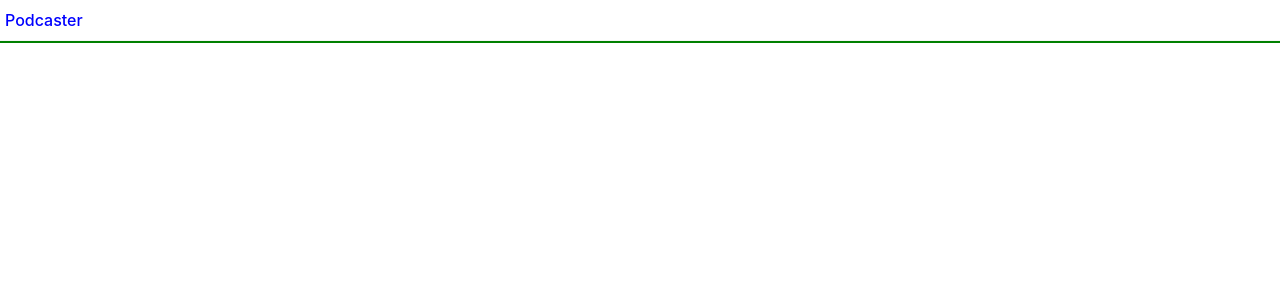
Repository: banchiec/atZara
Page: /
These files come from the project's save history. The page is drawn as it stood at one moment and after a run of saves; the edit follows.
The browser window is 1280 px wide. The pictures show the whole page.
The project was rebuilt for these pictures with package versions that can differ from the ones it lists, and the page was loaded fresh each time. Also part of the build but not shown: src/App.css.

Above is the page before, as saved 2022-10-09 23:27:03.

### src/index.js
import React from 'react'
import ReactDOM from 'react-dom/client'
import App from './App'
import { Provider } from 'react-redux'
import { store } from './App/store'
import './index.css'

const root = ReactDOM.createRoot(document.getElementById('root'))
root.render(
	<Provider store={store}>
		<App />
	</Provider>
)

### src/App.js
import { BrowserRouter as Router, Routes, Route } from 'react-router-dom'
import './App.css'
import Header from './components/Header/Header'
import routes from './config/routes'

function App() {
	return (
		<Router>
			<Header />
			<Routes>
				{routes().map((route) => (
					<Route key={route.path} path={route.path} element={route.element} />
				))}
			</Routes>
		</Router>
	)
}

export default App

### src/App/store.js
import { configureStore } from '@reduxjs/toolkit'
import podcastReducer from '../feature/Podcast/PodcastSlice'

export const store = configureStore({
	reducer: {
		podcast: podcastReducer,
	},
})

### src/components/Header/Header.js
import { Link } from 'react-router-dom'
import { BranchHeader, ContentHeader } from './headerStyled'

const Header = () => {
	return (
		<ContentHeader>
			<BranchHeader>
				<Link to={'/'}>Podcaster</Link>
			</BranchHeader>
		</ContentHeader>
	)
}
export default Header

### src/config/routes.js
import HomeScreen from '../pages/HomeScreen/HomeScreen'
import * as PATHS from '../utils/paths'

const routes = () => {
	return [
		{
			path: PATHS.HOMEPAGE,
			element: <HomeScreen />,
		},
		{
			path: PATHS.DETAILPOSTCAST,
			element: <HomeScreen />,
		},
	]
}

export default routes

### src/feature/Podcast/PodcastSlice.js
import { createSlice } from '@reduxjs/toolkit'

const initialState = {
	loadingPodcastList: false,
	successPodcastList: false,
	errorPodcastList: false,
	podcast: [],
}

export const PodcastSlice = createSlice({
	name: 'podcast',
	initialState,
	reducer: {},
	extraReducers: (build) => {},
})

export default PodcastSlice.reducer

### src/components/Header/headerStyled.js
import styled from 'styled-components'

export const ContentHeader = styled.div`
	display: flex;
	justify-content: space-between;
	align-items: center;
	padding: 10px 5px;
	border-bottom: 1px solid whitesmoke;
`

export const BranchHeader = styled.div`
	display: flex;
	a {
		text-decoration: none;
		font-weight: 500;
		color: blue;
	}
`

### src/pages/HomeScreen/HomeScreen.js
import { ContentHome } from "./homeScreenStyled"

const HomeScreen = () => {
	return (
		<ContentHome></ContentHome>
	)
}
export default HomeScreen

### src/utils/paths.js
export const HOMEPAGE = '/'
export const DETAILPOSTCAST = '/details-postcast/:id'
export const DETAILCHAPTERPOSTCAST = '/details-postcast/capitulo/:id'

### src/pages/HomeScreen/homeScreenStyled.js
import styled from 'styled-components'

export const ContentHome = styled.div`
	border: 1px solid green;
`

### src/components/PodcastList/PodcastList.js
const PodcastList = () => {
	return <div>Podcast</div>
}
export default PodcastList

Loaded but not shown: public/index.html (common file); src/index.css (common file)

After the next 3 saves:
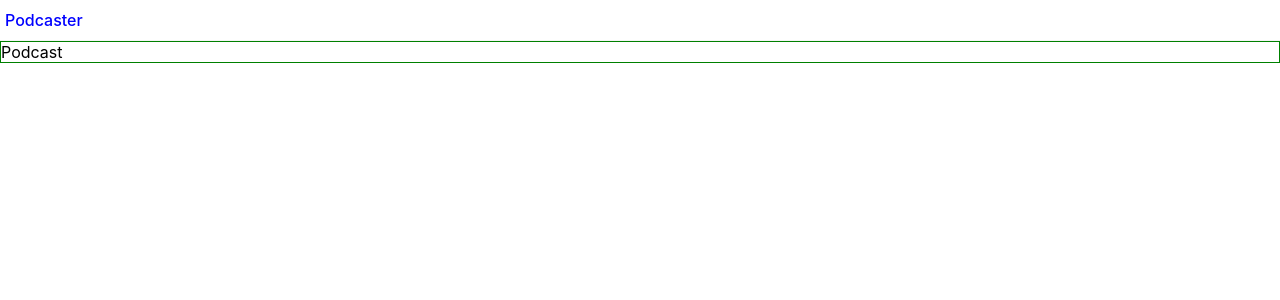
The 3 saves are shown as one change because they came seconds apart.
The last was saved 34 s later.
--- a/src/pages/HomeScreen/HomeScreen.js
+++ b/src/pages/HomeScreen/HomeScreen.js
@@ -1,8 +1,11 @@
-import { ContentHome } from "./homeScreenStyled"
+import PodcastList from '../../components/PodcastList/PodcastList'
+import { ContentHome } from './homeScreenStyled'
 
 const HomeScreen = () => {
 	return (
-		<ContentHome></ContentHome>
+		<ContentHome>
+			<PodcastList />
+		</ContentHome>
 	)
 }
 export default HomeScreen
